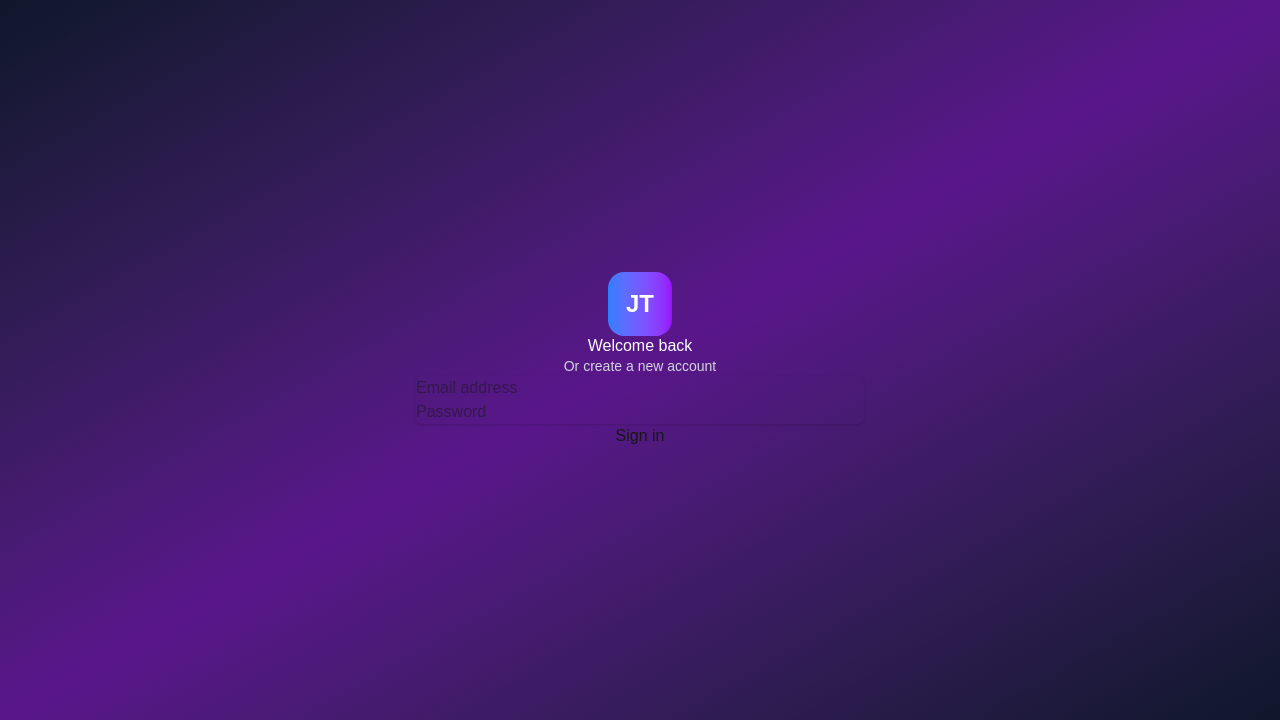
Repository: DiwanMalla/job-tracker
Page: /auth/signin
These files come from the project's save history. The page is drawn as it stood at one moment and after the next save; the edit follows.
The browser window is 1280 px wide. The pictures show the whole page.
The project was rebuilt for these pictures with package versions that can differ from the ones it lists, and the page was loaded fresh each time. The framework's server and built-in components were replaced by stand-ins that run in the browser. Also part of the build but not shown: next.config.ts.

Above is the page before, as saved 2025-10-07 14:29:54.

After the next save:
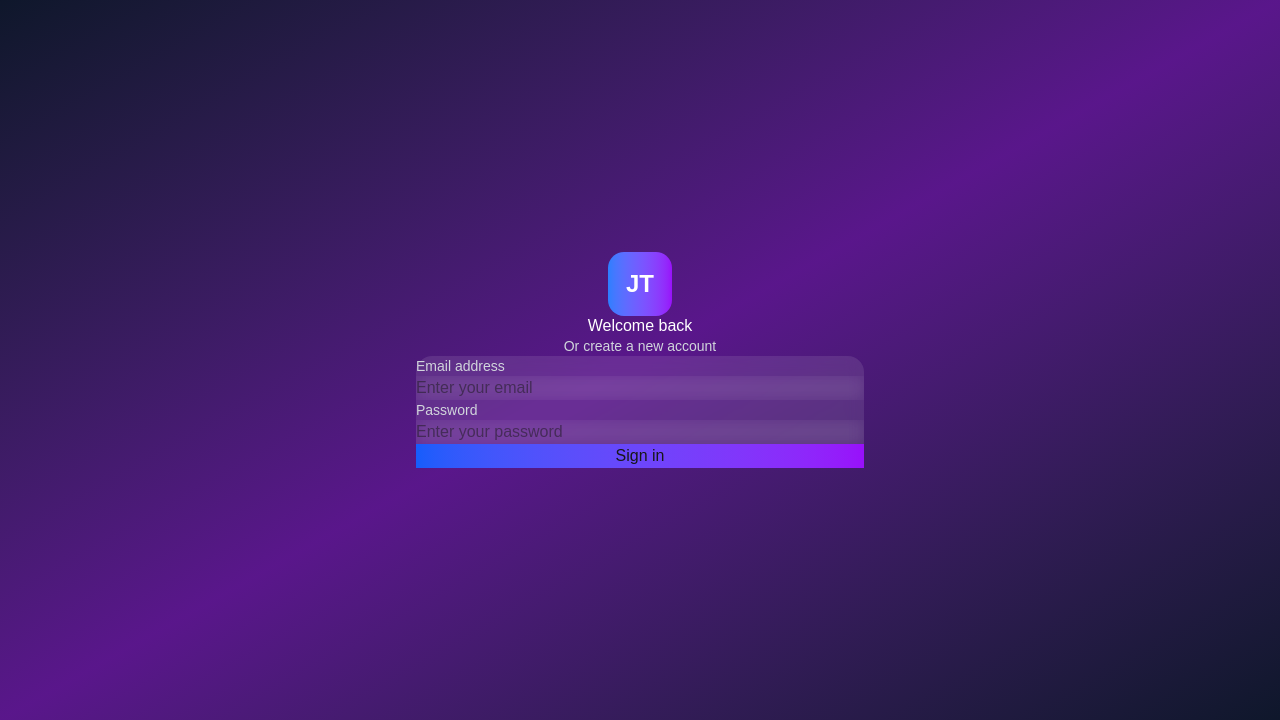
Saved 18 s later.
--- a/src/app/auth/signin/page.tsx
+++ b/src/app/auth/signin/page.tsx
@@ -62,10 +62,10 @@
             </Link>
           </p>
         </div>
-        <form className="mt-8 space-y-6" onSubmit={handleSubmit}>
-          <div className="rounded-md shadow-sm -space-y-px">
+        <form className="mt-8 space-y-6 bg-white/10 backdrop-blur-sm rounded-2xl p-8 border border-white/20" onSubmit={handleSubmit}>
+          <div className="space-y-4">
             <div>
-              <label htmlFor="email" className="sr-only">
+              <label htmlFor="email" className="block text-sm font-medium text-gray-300 mb-2">
                 Email address
               </label>
               <input
@@ -73,12 +73,12 @@
                 name="email"
                 type="email"
                 required
-                className="appearance-none rounded-none relative block w-full px-3 py-2 border border-gray-300 placeholder-gray-500 text-gray-900 rounded-t-md focus:outline-none focus:ring-indigo-500 focus:border-indigo-500 focus:z-10 sm:text-sm"
-                placeholder="Email address"
+                className="appearance-none relative block w-full px-4 py-3 bg-white/5 border border-white/20 placeholder-gray-400 text-white rounded-lg focus:outline-none focus:ring-2 focus:ring-blue-500 focus:border-transparent sm:text-sm backdrop-blur-sm"
+                placeholder="Enter your email"
               />
             </div>
             <div>
-              <label htmlFor="password" className="sr-only">
+              <label htmlFor="password" className="block text-sm font-medium text-gray-300 mb-2">
                 Password
               </label>
               <input
@@ -86,23 +86,35 @@
                 name="password"
                 type="password"
                 required
-                className="appearance-none rounded-none relative block w-full px-3 py-2 border border-gray-300 placeholder-gray-500 text-gray-900 rounded-b-md focus:outline-none focus:ring-indigo-500 focus:border-indigo-500 focus:z-10 sm:text-sm"
-                placeholder="Password"
+                className="appearance-none relative block w-full px-4 py-3 bg-white/5 border border-white/20 placeholder-gray-400 text-white rounded-lg focus:outline-none focus:ring-2 focus:ring-blue-500 focus:border-transparent sm:text-sm backdrop-blur-sm"
+                placeholder="Enter your password"
               />
             </div>
           </div>
 
           {error && (
-            <div className="text-red-600 text-sm text-center">{error}</div>
+            <div className="bg-red-500/20 border border-red-500/50 text-red-200 px-4 py-3 rounded-lg text-sm text-center">
+              {error}
+            </div>
           )}
 
           <div>
             <button
               type="submit"
               disabled={isLoading}
-              className="group relative w-full flex justify-center py-2 px-4 border border-transparent text-sm font-medium rounded-md text-white bg-indigo-600 hover:bg-indigo-700 focus:outline-none focus:ring-2 focus:ring-offset-2 focus:ring-indigo-500 disabled:opacity-50 disabled:cursor-not-allowed"
+              className="group relative w-full flex justify-center py-3 px-4 border border-transparent text-sm font-medium rounded-lg text-white bg-gradient-to-r from-blue-600 to-purple-600 hover:from-blue-700 hover:to-purple-700 focus:outline-none focus:ring-2 focus:ring-offset-2 focus:ring-blue-500 disabled:opacity-50 disabled:cursor-not-allowed transform hover:scale-105 transition-all duration-200"
             >
-              {isLoading ? 'Signing in...' : 'Sign in'}
+              {isLoading ? (
+                <>
+                  <svg className="animate-spin -ml-1 mr-3 h-5 w-5 text-white" xmlns="http://www.w3.org/2000/svg" fill="none" viewBox="0 0 24 24">
+                    <circle className="opacity-25" cx="12" cy="12" r="10" stroke="currentColor" strokeWidth="4"></circle>
+                    <path className="opacity-75" fill="currentColor" d="M4 12a8 8 0 018-8V0C5.373 0 0 5.373 0 12h4zm2 5.291A7.962 7.962 0 014 12H0c0 3.042 1.135 5.824 3 7.938l3-2.647z"></path>
+                  </svg>
+                  Signing in...
+                </>
+              ) : (
+                'Sign in'
+              )}
             </button>
           </div>
         </form>
